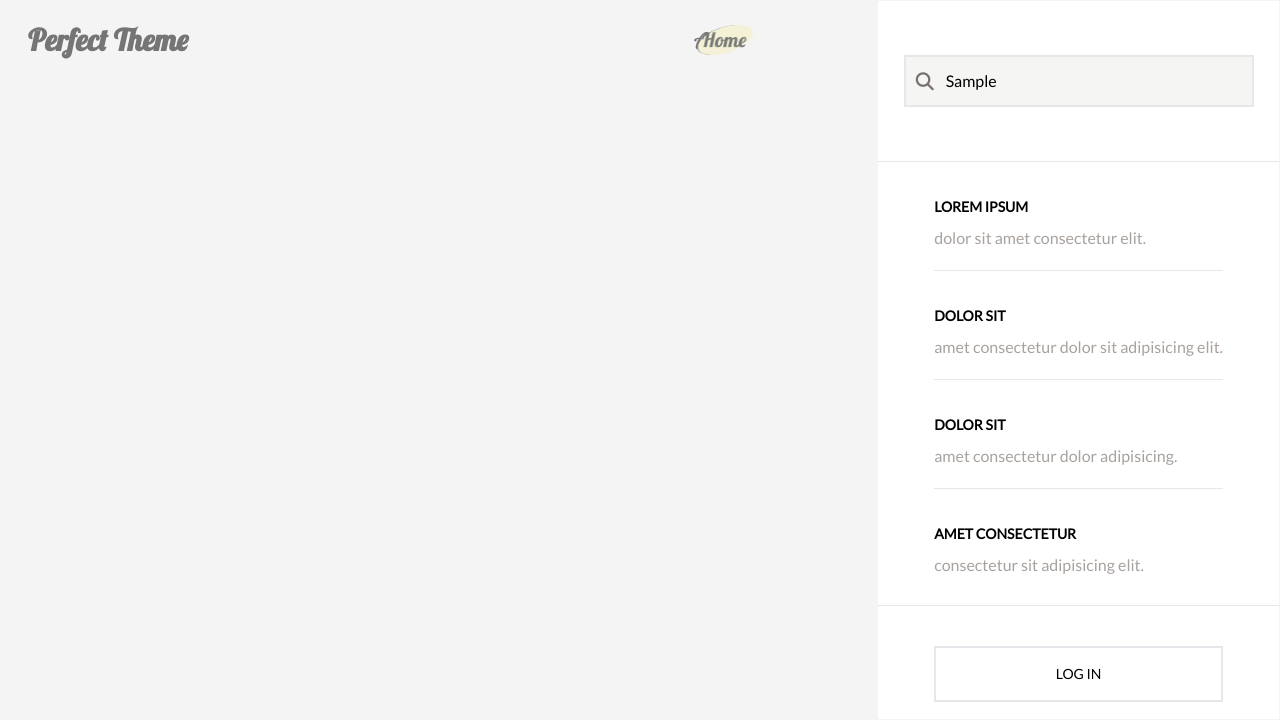
Repository: hsumyatm7308/laravel-blog
Page: blogweb/resources/views/blog/headerlayout.html
An editor plug-in stored every save of this project. The page is shown before and after the next save, followed by the edit.
The browser window is 1280 px wide. The pictures show the whole page.
Empty fields were first filled with sample values (such as "Sample", 5 or name@example.com).
After loading, the first visible `#blankspace` was clicked once.
Some web libraries are served in a nearby version.

Above is the page before, as saved 2023-09-05 18:01:08.

After the next save:
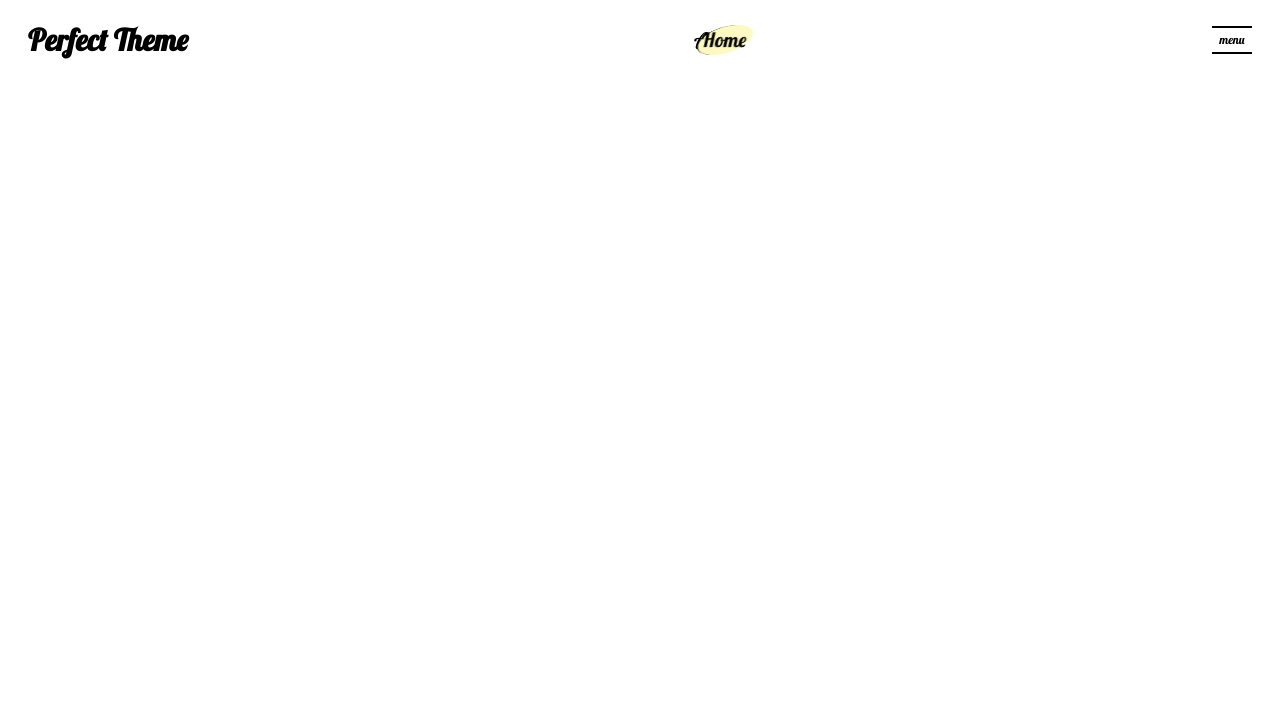
Saved 15 s later.
--- a/blogweb/resources/views/blog/headerlayout.html
+++ b/blogweb/resources/views/blog/headerlayout.html
@@ -208,6 +208,7 @@
         var blankspace = document.getElementById('blankspace');
         blankspace.addEventListener('click',()=>{
             console.log("hello");
+            menumodal.style.display = "none";
         })
 
     </script>
